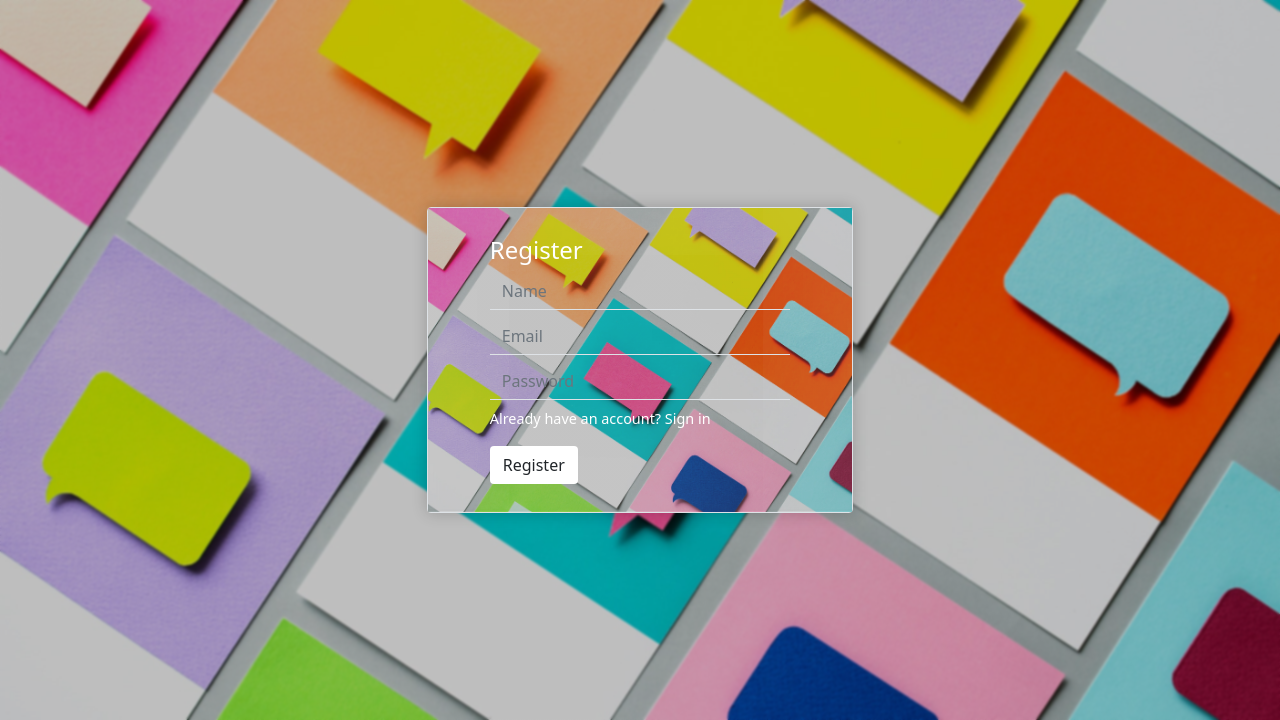
Repository: SaudCh/React-login
Page: /register
The author's editor kept a copy of each file at every save. The page is drawn from the files as they stood at one save, then again after the next save.
The browser window is 1280 px wide. The pictures show the whole page.
The project was rebuilt for these pictures with package versions that can differ from the ones it lists, and the page was loaded fresh each time. Also part of the build but not shown: src/Components/Login/logincss.js, src/Components/Login/loginValidation.js, src/Components/Login/Login.jsx, src/Components/Home/Home.jsx.

Above is the page before, as saved 2022-02-06 11:59:26.

### src/App.js
import Login from './Components/Login/Login';
import Register from './Components/Register/Register'
import '../node_modules/bootstrap/dist/css/bootstrap.min.css'
import { Routes, Route } from 'react-router-dom'
import Home from './Components/Home/Home';

function App() {
  return (
    <Routes>
      <Route path="login" element={<Login />} />
      <Route path="register" element={<Register />} />
      <Route path="/" element={<Home />} />
      <Route path="*" element={<Register />} />
    </Routes >
  );
}

export default App;

### src/Components/Register/Register.jsx
import React, { useState } from "react";
import "./Register.css";
import { formStyle } from "./RegsiterCss";
import axios from "axios";
import { registrationValidation } from "./RegisterValidation";

export default function Register() {
  const [name, setName] = useState();
  const [email, setEmail] = useState();
  const [password, setPassword] = useState();
  const [error, setError] = useState("");

  const formSubmit = (e) => {
    setError("");
    e.preventDefault();
    const data = {
      name: name,
      email: email,
      password: password,
    };

    const errors = registrationValidation(data);

    console.log(Object.keys(errors).length);

    if (Object.keys(errors).length !== 0) {
      setError(errors);
      return;
    }

    axios
      .post("http://localhost:5000/api/user/register", data)
      .then(function (response) {
        console.log(response);
      })
      .catch(function (error) {
        let err;
        if (error.response) {
          err = error.response.data.message;
        } else if (error.request) {
          err = error.toJSON().message;
        } else {
          err = error.message;
        }
        setError({ api: err });
      });
  };

  return (
    <div>
      <div className="container-fluid">
        <div className="row background-image">
          <div className="col-10 col-md-4 background-text border rounded">
            <form onSubmit={formSubmit} className="col-9">
              {error.api && <p className="text-danger p-0 m-0">{error.api}</p>}
              <div className="my-2">
                <h4 className="text-white">Register </h4>
              </div>
              <div className="my-2">
                <input
                  type="text"
                  style={formStyle}
                  value={name}
                  onChange={(name) => setName(name.target.value)}
                  className="form-control border-bottom hlo"
                  id="name"
                  placeholder="Name"
                />
                {error.name && (
                  <p className="text-danger p-0 m-0">{error.name}</p>
                )}
              </div>
              <div className="form-group my-2">
                <input
                  style={formStyle}
                  value={email}
                  onChange={(email) => setEmail(email.target.value)}
                  type="email"
                  class="form-control border-bottom"
                  id="email"
                  placeholder="Email"
                />
                {error.email && (
                  <p className="text-danger p-0 m-0">{error.email}</p>
                )}
              </div>
              <div className="form-group my-2">
                <input
                  style={formStyle}
                  value={password}
                  onChange={(password) => setPassword(password.target.value)}
                  type="password"
                  class="form-control border-bottom"
                  id="password"
                  placeholder="Password"
                />
                {error.password && (
                  <p className="text-danger p-0 m-0">{error.password}</p>
                )}
              </div>
              <div className="my-2">
                <div>
                  <p className="text-white" style={{ fontSize: "0.9rem" }}>
                    Already have an account? <span>Sign in</span>
                  </p>
                </div>
                <button className="btn" style={{ backgroundColor: "white" }}>
                  Register
                </button>
              </div>
            </form>
          </div>
        </div>
      </div>
    </div>
  );
}

### src/Components/Login/Login.css
:root {
  --primary: #fc466b;
  --secondary: #3f5efb;
}
.background-image {
  height: 100vh;
  width: 100vw;

  background: linear-gradient(135deg, var(--primary), var(--secondary));
    /* url("../Images/back.jpg") no-repeat center center / cover; */
}

.background-text {
  padding: 20px 0px;
  display: flex;
  justify-content: center;
  align-items: center;

  box-shadow: 0 0 1rem 0 rgba(0, 0, 0, 0.2);
  position: relative;
  background: inherit;
  z-index: 1;
}
.background-text::before {
  content: "";
  position: absolute;
  background: inherit;
  top: 0;
  bottom: 0;
  left: 0;
  right: 0;
  box-shadow: inset 0 0 2000px rgba(255, 255, 255, 0.3);
  /* filter: blur(1px); */
  z-index: -1;
}

input:hover,
input:active,
input:focus,
input:-webkit-autofill {
  outline: 0px !important;
  -webkit-appearance: none;
  box-shadow: none !important;
}
input:-webkit-autofill,
input:-webkit-autofill:focus {
  transition: background-color 600000s 0s, color 600000s 0s;
}

### src/Components/Register/Register.css
.background-image {
  background-image: linear-gradient(rgba(0, 0, 0, 0.2), rgba(0, 0, 0, 0.2)),
    url("../Images/back.jpg");
  background-position: center;
  background-repeat: no-repeat;
  background-size: cover;

  height: 100vh;
  justify-content: center;
  align-items: center;

  position: relative;
  z-index: 1;
}
.background-image::before {
  content: "";
  position: absolute;
  background: inherit;
  top: 0;
  bottom: 0;
  left: 0;
  right: 0;
  filter: blur(1px);
  z-index: -1;
}

.background-text {
  padding: 20px 0px;
  display: flex;
  justify-content: center;
  align-items: center;

  box-shadow: 0 0 1rem 0 rgba(0, 0, 0, 0.2);
  position: relative;
  background: inherit;
  z-index: 1;
}
.background-text::before {
  content: "";
  position: absolute;
  background: inherit;
  top: 0;
  bottom: 0;
  left: 0;
  right: 0;
  box-shadow: inset 0 0 2000px rgba(255, 255, 255, 0.3);
  /* filter: blur(1px); */
  z-index: -1;
}

input:hover,
input:active,
input:focus,
input:-webkit-autofill {
  outline: 0px !important;
  -webkit-appearance: none;
  box-shadow: none !important;
}
input:-webkit-autofill,
input:-webkit-autofill:focus {
  transition: background-color 600000s 0s, color 600000s 0s;
}

### src/Components/Register/RegsiterCss.js
export const formStyle = {
    backgroundColor: "transparent",
    color: "white",
    border: "none",
    borderRadius: 0,
};

### src/Components/Register/RegisterValidation.js
export const registrationValidation = (data) => {
    let errors = {};

    if (!data.name) {
        errors.name = "Name is Required."
    }
    if (!data.email) {
        errors.email = "Email Is Required."
    }
    else if (!/\S+@\S+\.\S+/.test(data.email)) {
        errors.email = "Invalid Email"
    }
    if (!data.password) {
        errors.password = "Password is required."
    }
    else if (data.password.length < 6) {
        errors.password = "Password Must be more than Six Characters"
    }
    return errors;

}

Loaded but not shown: public/index.html (common file); src/index.js (common file); src/index.css (common file); src/reportWebVitals.js (common file)

After the next save:
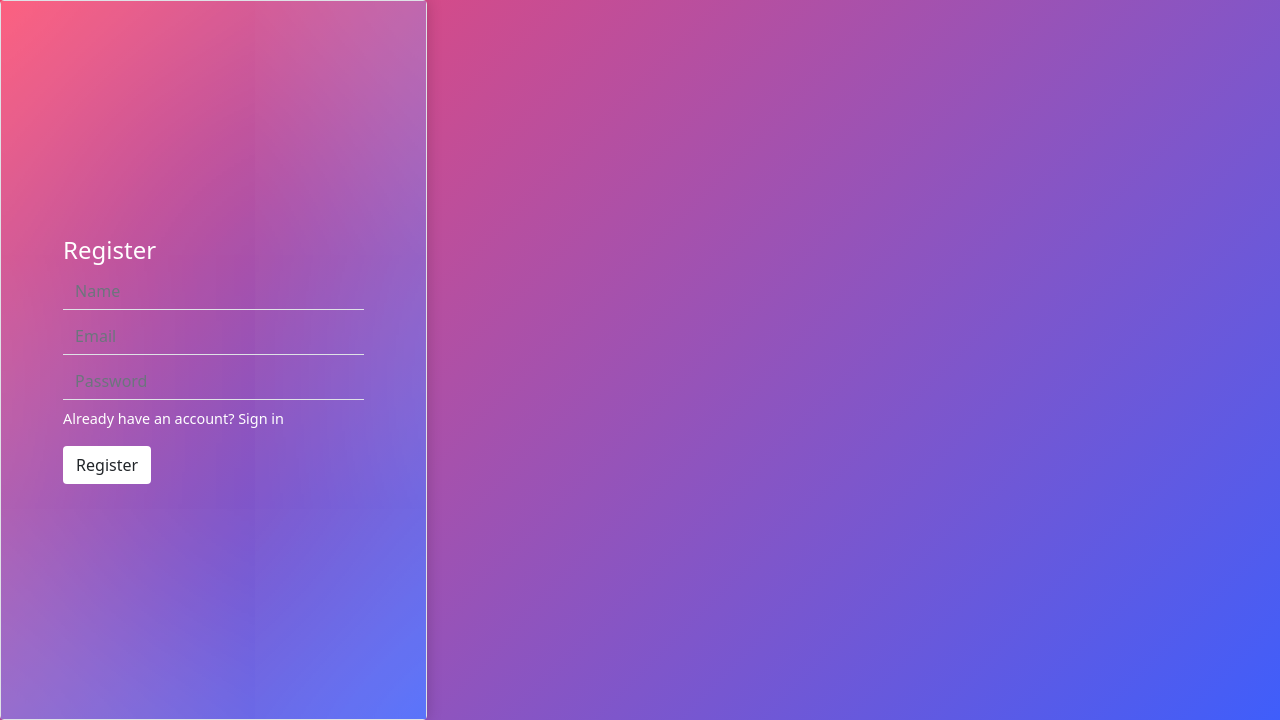
Saved 39 s later.
--- a/src/Components/Register/Register.css
+++ b/src/Components/Register/Register.css
@@ -1,4 +1,4 @@
-.background-image {
+/* .background-image {
   background-image: linear-gradient(rgba(0, 0, 0, 0.2), rgba(0, 0, 0, 0.2)),
     url("../Images/back.jpg");
   background-position: center;
@@ -22,7 +22,7 @@
   right: 0;
   filter: blur(1px);
   z-index: -1;
-}
+} */
 
 .background-text {
   padding: 20px 0px;
